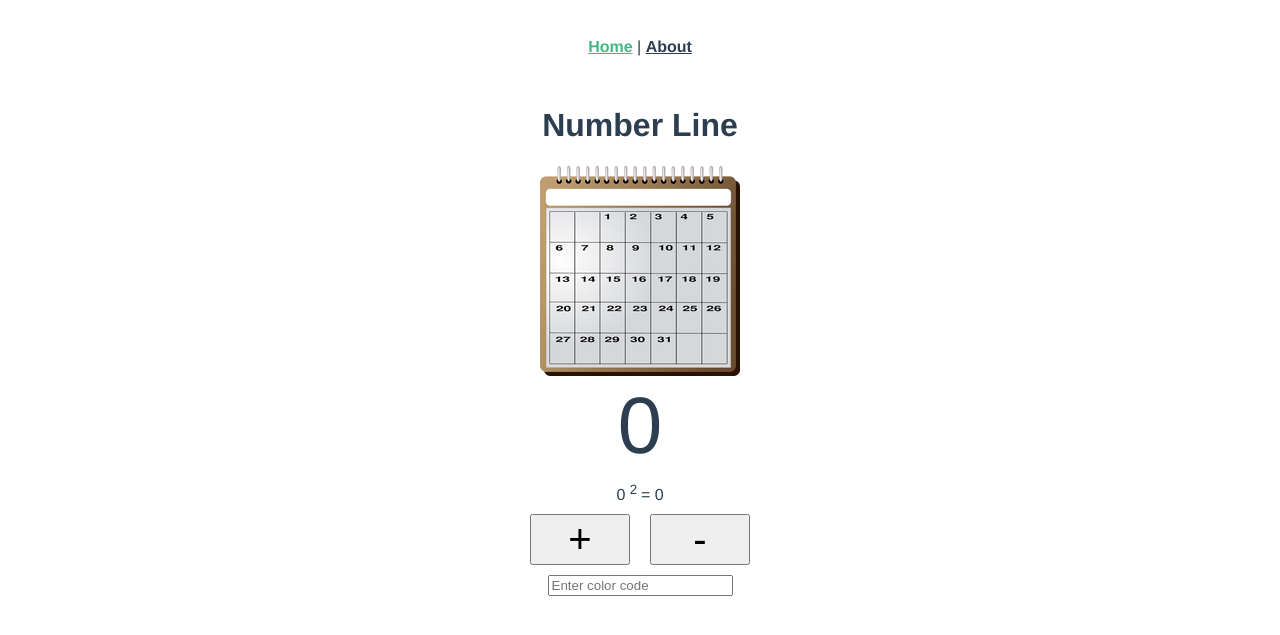
Repository: collegedude9300/numberline
Page: /
An editor plug-in stored every save of this project. The page is shown before and after the next save, followed by the edit.
The browser window is 1280 px wide. The pictures show the whole page.
The project was rebuilt for these pictures with package versions that can differ from the ones it lists, and the page was loaded fresh each time. Also part of the build but not shown: vue.config.js.

Above is the page before, as saved 2023-07-14 08:12:15.

After the next save:
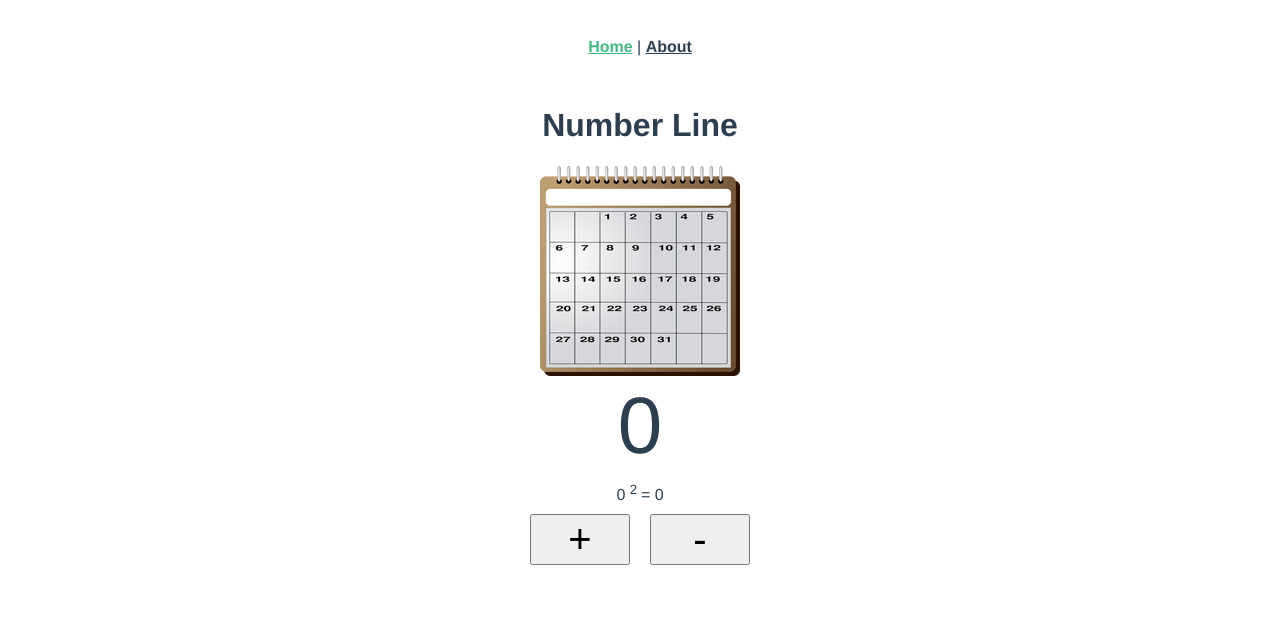
Saved 23 s later.
--- a/src/views/HomeView.vue
+++ b/src/views/HomeView.vue
@@ -15,8 +15,7 @@ export default {
   components:{
     'counter': require('@/components/Counter.vue').default,
     'counter-squared': require('@/components/CounterSquared.vue').default,
-    'buttons': require('@/components/Buttons.vue').default,
-    'color-code': require('@/components/ColorCode.vue').default
+    'buttons': require('@/components/Buttons.vue').default
   }
 }
 </script>
